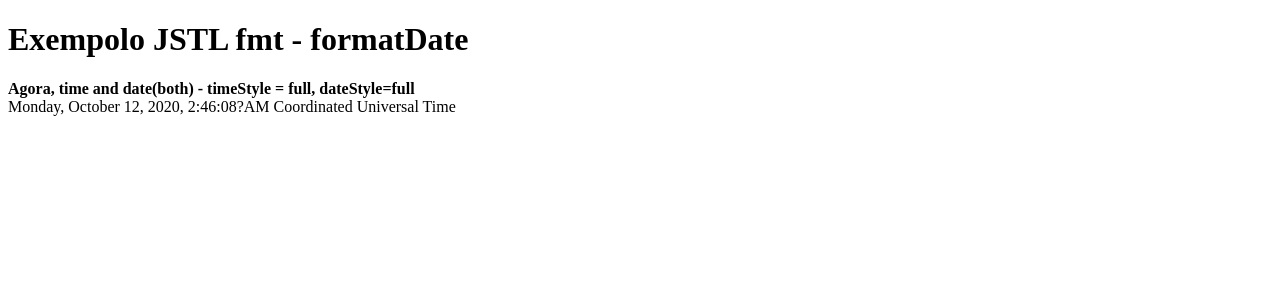
Repository: GabrielGGhost/EstudoJavaAW1-AW2
Page: http://localhost/estudos11/jsp/formatDate.jsp
An editor plug-in stored every save of this project. The page is shown before and after the next save, followed by the edit.
The browser window is 1280 px wide. The pictures show the whole page.
The page is served by Tomcat 9.

Above is the page before, as saved 2020-10-23 21:55:12.

After the next save:
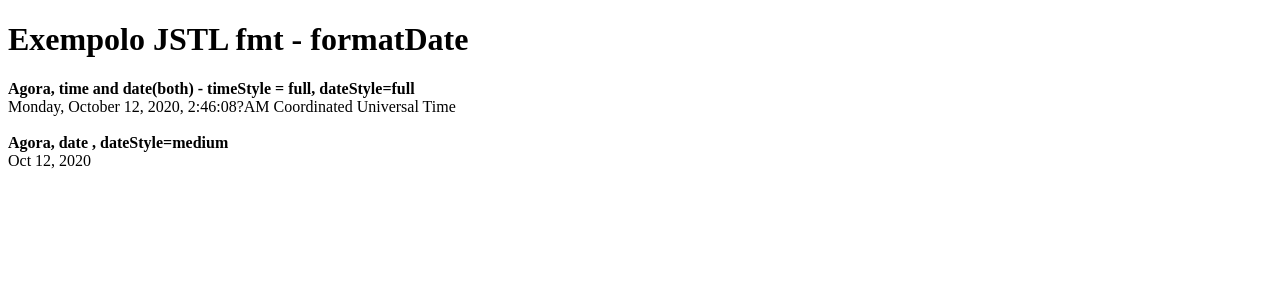
Saved 2 min 21 s later.
--- a/estudos11/WebContent/jsp/formatDate.jsp
+++ b/estudos11/WebContent/jsp/formatDate.jsp
@@ -18,6 +18,9 @@
 	%>
 
 	<b>Agora, time and date(both) - timeStyle = full, dateStyle=full</b><br/>
-	<fmt:formatDate value="${agora}" type="both" timeStyle="full" dateStyle="full"/>
+	<fmt:formatDate value="${agora}" type="both" timeStyle="full" dateStyle="full"/> <br><br>
+
+	<b>Agora, date , dateStyle=medium</b><br/>
+	<fmt:formatDate value="${agora}" type="date" dateStyle="medium"/> <br><br>
 </body>
 </html>
